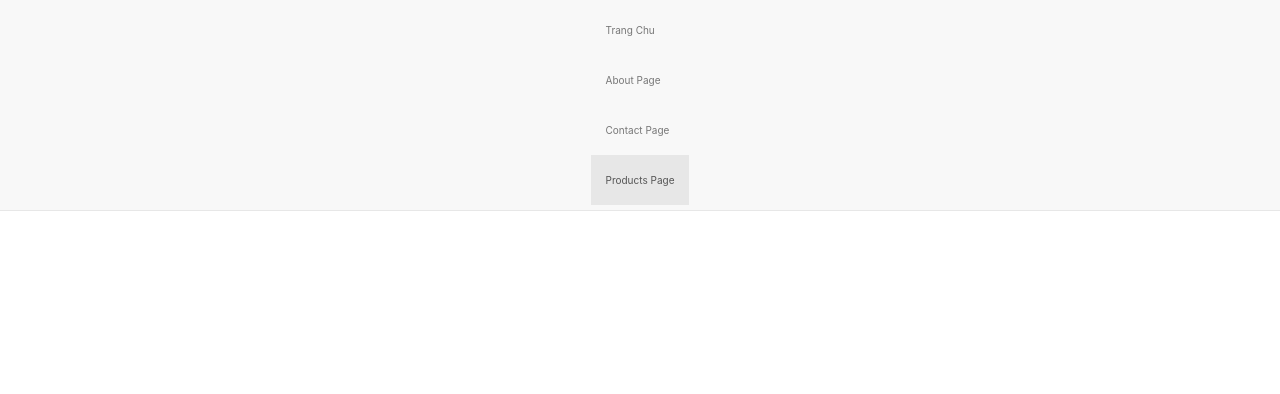
Repository: hntvip/react-route
Page: /products
The author's editor kept a copy of each file at every save. The page is drawn from the files as they stood at one save, then again after the next save.
The browser window is 1280 px wide. The pictures show the whole page.
The project was rebuilt for these pictures with package versions that can differ from the ones it lists, and the page was loaded fresh each time. Also part of the build but not shown: src/components/About.js, src/components/Contact.js.

Above is the page before, as saved 2019-11-28 14:52:10.

### public/index.html
<!DOCTYPE html>
<html lang="en">
  <head>
    <meta charset="utf-8" />
    <link rel="icon" href="%PUBLIC_URL%/favicon.ico" />
    <meta name="viewport" content="width=device-width, initial-scale=1" />
    <meta name="theme-color" content="#000000" />
    <meta
      name="description"
      content="Web site created using create-react-app"
    />
    <link rel="apple-touch-icon" href="logo192.png" />
    <!--
      manifest.json provides metadata used when your web app is installed on a
      user's mobile device or desktop. See https://developers.google.com/web/fundamentals/web-app-manifest/
    -->
    <link rel="manifest" href="%PUBLIC_URL%/manifest.json" />
    <!--
      Notice the use of %PUBLIC_URL% in the tags above.
      It will be replaced with the URL of the `public` folder during the build.
      Only files inside the `public` folder can be referenced from the HTML.

      Unlike "/favicon.ico" or "favicon.ico", "%PUBLIC_URL%/favicon.ico" will
      work correctly both with client-side routing and a non-root public URL.
      Learn how to configure a non-root public URL by running `npm run build`.
    -->
    <title>React App</title>

    <!-- Latest compiled and minified CSS & JS -->
    <link rel="stylesheet" media="screen" href="//netdna.bootstrapcdn.com/bootstrap/3.3.4/css/bootstrap.min.css">
    <script src="//code.jquery.com/jquery.js"></script>
    <script src="//netdna.bootstrapcdn.com/bootstrap/3.3.4/js/bootstrap.min.js"></script>

  </head>
  <body>
    <noscript>You need to enable JavaScript to run this app.</noscript>
    <div id="root"></div>
    <!--
      This HTML file is a template.
      If you open it directly in the browser, you will see an empty page.

      You can add webfonts, meta tags, or analytics to this file.
      The build step will place the bundled scripts into the <body> tag.

      To begin the development, run `npm start` or `yarn start`.
      To create a production bundle, use `npm run build` or `yarn build`.
    -->
  </body>
</html>

### src/index.js
import React from 'react';
import ReactDOM from 'react-dom';
import './index.css';
import App from './App';
import * as serviceWorker from './serviceWorker';

import '../node_modules/bootstrap/dist/css/bootstrap.css';

ReactDOM.render(<App />, document.getElementById('root'));

// If you want your app to work offline and load faster, you can change
// unregister() to register() below. Note this comes with some pitfalls.
// Learn more about service workers: https://bit.ly/CRA-PWA
serviceWorker.unregister();

### src/App.js
import React, { Component } from 'react';
import { BrowserRouter as Router, Route, Switch} from 'react-router-dom';
import Menu from './components/Menu';
import About from './components/About';
import Home from './components/Home';
import routes from'./routes';

class App extends Component {
  render(){
    return (
      <Router>
        <div className="App">
          <Menu/>
          {/* Noi Dung */}

          {/* {this.showContentMenus(routes)} */}
        </div>
      </Router>
    )
  }
  showContentMenus = (routes) => {
    var result = null;
    if( routes.length > 0){
      result = routes.map( (route, index) => {
        return (
          <Route
            key={index}
            path={route.path}
            exact={route.exact}
            component={route.main}
          ></Route>
        )
      })
    }
    return result;

  }
}

export default App;

### src/components/Menu.js
import React, { Component } from 'react';
import { Route, Link} from 'react-router-dom';
const menus = [
  {
    name: "Trang Chu",
    to:"/",
    exact: true
  },{
    name: "About Page",
    to:"/about",
    exact: false
  },{
    name: "Contact Page",
    to:"/contact",
    exact: false
  },{
    name: "Products Page",
    to:"/products",
    exact: false
  }
]
const MenuLink = ({label, to, activeOnlyWhenExact}) => {
  return (
    <Route path={to} exact={activeOnlyWhenExact} children={({match})=>{
      var active = match ? 'active': 'abc'
      return (
        <li className={active}>
          <Link to={to} className="my-link">{label}</Link>
        </li>
      )
    }}>
    </Route>
  )
}

class Menu extends Component{
  render(){
    return(
      <nav className="navbar navbar-default navbar-fixed-top" role="navigation">
        <ul className="nav navbar-nav">
          { this.showMenus(menus)}
        </ul>
      </nav>
    );
  }

  showMenus = (menus) => {
    var result = null;
    if ( menus.length > 0 ){
      result = menus.map((menu, index) => {
        return (
          <MenuLink to={menu.to}
            key={index}
            label={menu.name}
            activeOnlyWhenExact={menu.exact}
          />
        )
      })
    }
    return result;
  }
}

export default Menu;

### src/components/Home.js
import React from 'react';

function Home() {
  return (
    <div>Home page 1</div>
  );
}

export default Home;

### src/routes.js
import React from 'react'

import About from './components/About';
import Home from './components/Home';
import Contact from './components/Contact';
import Products from './components/Products';
import NotFound from './components/NotFound';

const routes = [
  {
    path:'',
    exact: true,
    main: () => <Home/>
  },
  {
    path:'/about',
    exact: false,
    main: () => <About/>
  },
  {
    path:'/contact',
    exact: false,
    main: () => <Contact/>
  },
  {
    path:'/products',
    exact: false,
    main: ({match}) => <Products match={match}/>
    // match object has:
    // isExact: true
    // params:
    // path: "/products"
    // url: "/products"
  },
  {
    path:'*',
    exact: false,
    main: () => <NotFound/>
  }
]

export default routes;

### src/components/Products.js
import React, {Component} from 'react';
import { NavLink } from 'react-router-dom';


class Products extends Component {
  render (){
    var products = [
      {
        id: 1,
        name: 'Iphone X',
        price: 3000,
        slug: 'iphone'
      },
      {
        id: 2,
        name: 'Nokia',
        price: 3000,
        slug: 'nokia'
      },
      {
        id: 3,
        name: 'Galaxy 8',
        price: 3000,
        slug: 'galaxy'
      }
    ]
    var { match } = this.props; // this.props.match
    var url = match.url;
    var result = products.map( (product, index) =>{
      return (
        <NavLink to={`${url}/${product.slug}`} key={index}>
          <li class="list-group-item">
            {product.id} - {product.name} -{product.price}
          </li>
        </NavLink>
      )
    })

    return (
        <div className="container">
          <div class="row">
            <div class="col-xs-4 col-sm-4 col-md-4 col-lg-4">
               {result}
            </div>
          </div>

        </div>
    );
  }
}

export default Products;

### src/components/NotFound.js
import React from 'react';

function NotFound() {
  return (
    <div>NotFound page</div>
  );
}

export default NotFound;

Loaded but not shown: src/index.css (common file); src/serviceWorker.js (common file)

After the next save:
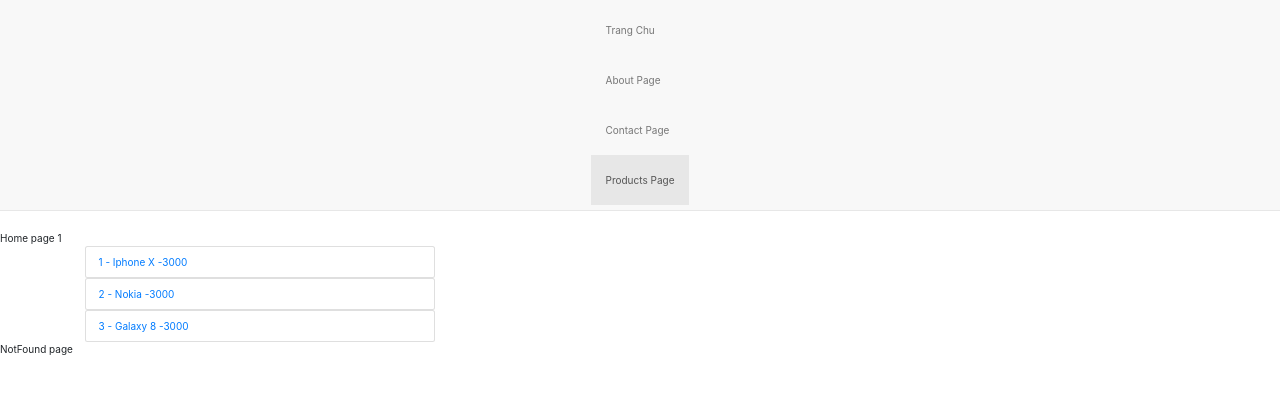
Saved 4 s later.
--- a/src/App.js
+++ b/src/App.js
@@ -13,7 +13,7 @@ class App extends Component {
           <Menu/>
           {/* Noi Dung */}
 
-          {/* {this.showContentMenus(routes)} */}
+          {this.showContentMenus(routes)}
         </div>
       </Router>
     )
